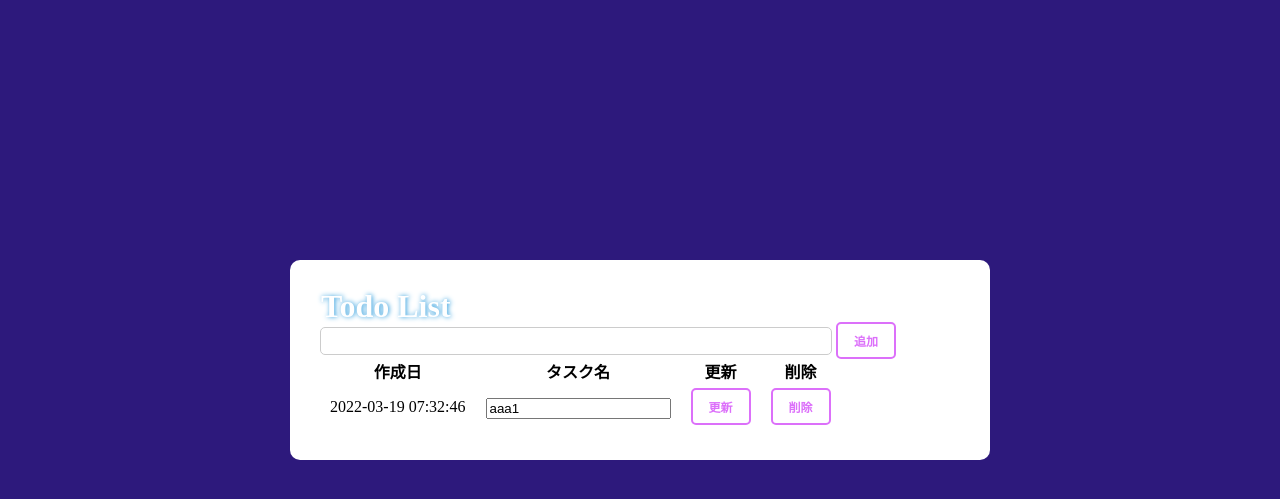
Repository: azuma2/todo
Page: http://localhost/
These files come from the project's save history. The page is drawn as it stood at one moment and after a run of saves; the edit follows.
The browser window is 1280 px wide. The pictures show the whole page.
The page is served by the project's Laravel application, run on PHP 8.4 with Laravel 8. Queries for data that is not in the repository find no rows.

Above is the page before, as saved 2022-03-20 02:48:36.

After the next 2 saves:
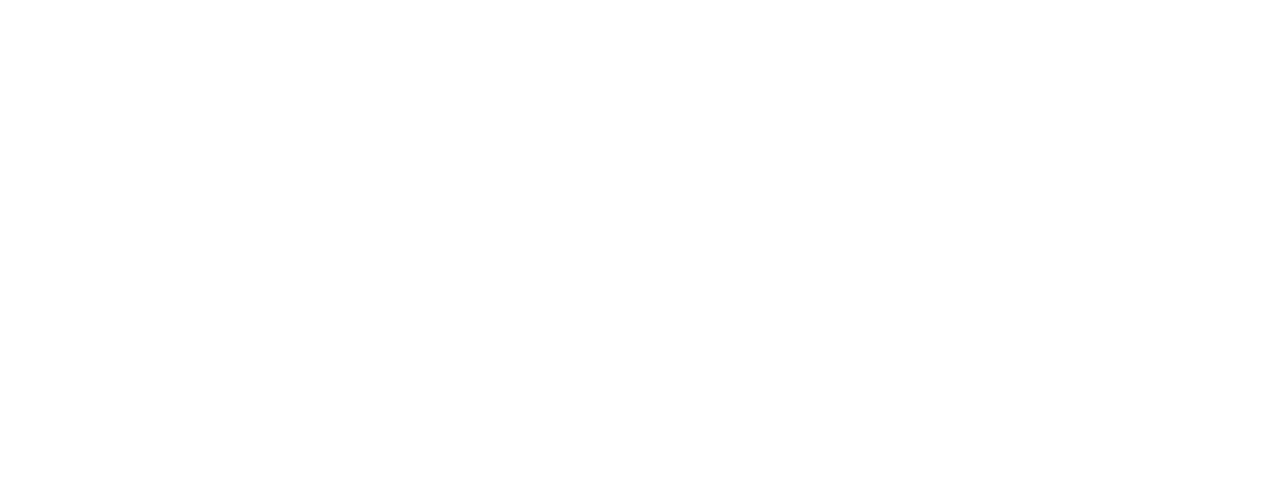
The 2 saves are shown as one change because they came seconds apart.
The last was saved 24 s later.
--- a/resources/views/index.blade.php
+++ b/resources/views/index.blade.php
@@ -1,8 +1,3 @@
-@extends('layouts.default')
-<style>
-
-</style>
-@section('title', 'index.blade.php')
 
 @section('content')
 <table>

After the save that followed:
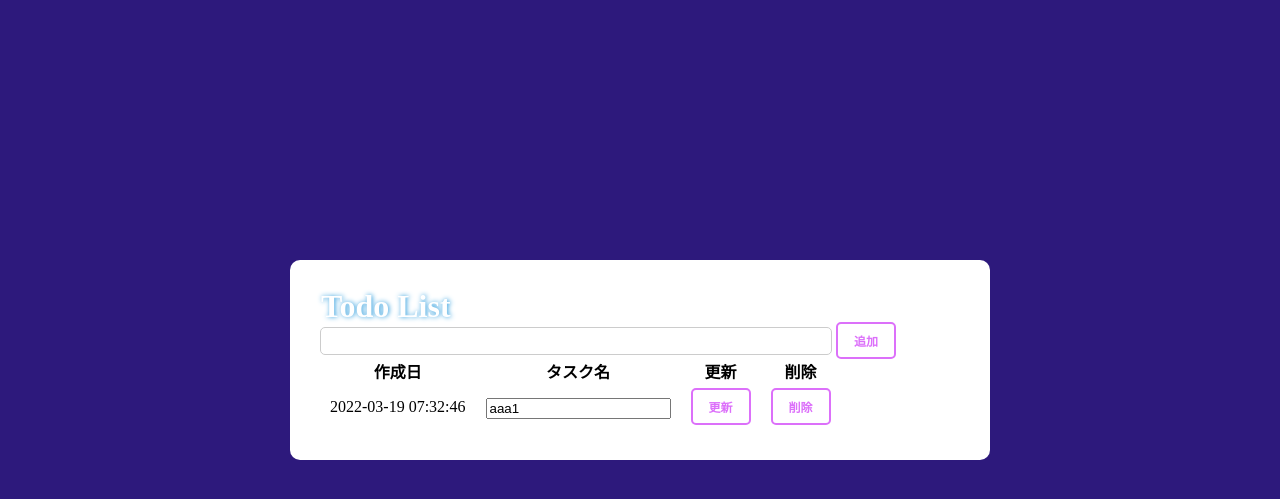
Saved 22 s later.
--- a/resources/views/index.blade.php
+++ b/resources/views/index.blade.php
@@ -1,3 +1,8 @@
+@extends('layouts.default')
+<style>
+
+</style>
+@section('title', 'index.blade.php')
 
 @section('content')
 <table>
